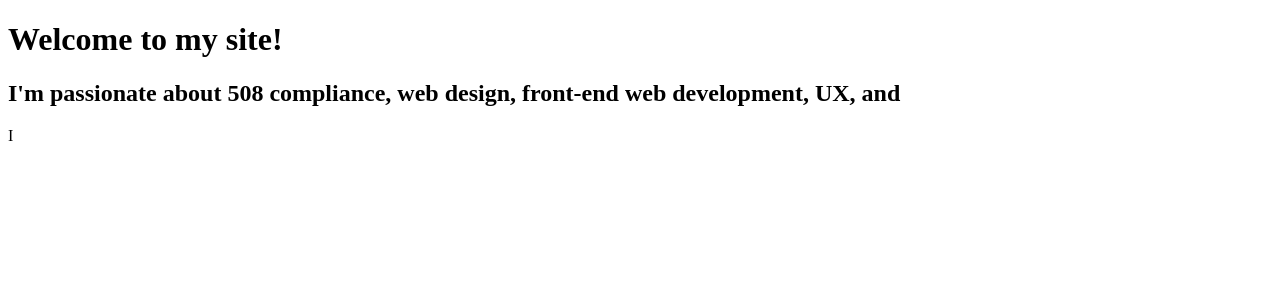
Repository: jasvr/jasvr.io
Page: index.html
An editor plug-in stored every save of this project. The page is shown before and after a run of saves, followed by the edit.
The browser window is 1280 px wide. The pictures show the whole page.

Above is the page before, as saved 2020-01-09 02:21:10.

### index.html
<!DOCTYPE html>
<html lang="en">
<head>
    <meta charset="UTF-8">
    <meta name="viewport" content="width=device-width, initial-scale=1.0">
    <meta http-equiv="X-UA-Compatible" content="ie=edge">
    <title>Jasmin Vargas</title>
</head>
<body>
    <h1>Welcome to my site!</h1>
    <h2>I'm passionate about 508 compliance, web design, front-end web development, UX, and </h2>I
</body>
</html>

After the next 5 saves:
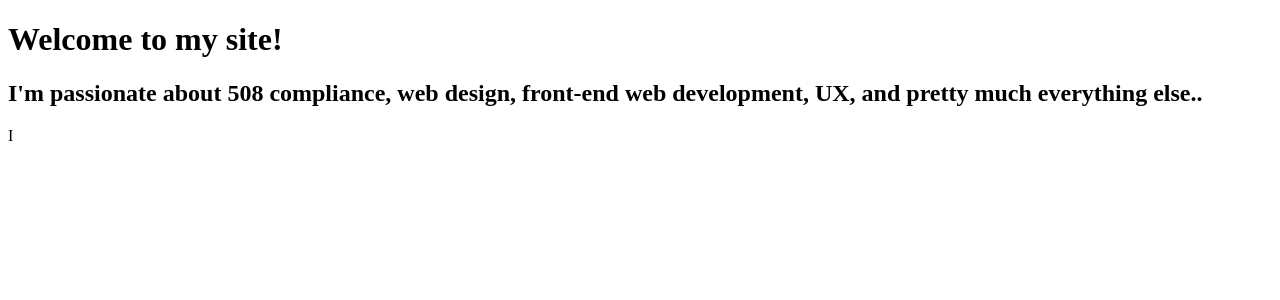
The 5 saves are shown as one change because they came seconds apart.
The last was saved 28 s later.
--- a/index.html
+++ b/index.html
@@ -8,6 +8,6 @@
 </head>
 <body>
     <h1>Welcome to my site!</h1>
-    <h2>I'm passionate about 508 compliance, web design, front-end web development, UX, and </h2>I
+    <h2>I'm passionate about 508 compliance, web design, front-end web development, UX, and pretty much everything else..</h2>I
 </body>
 </html>
